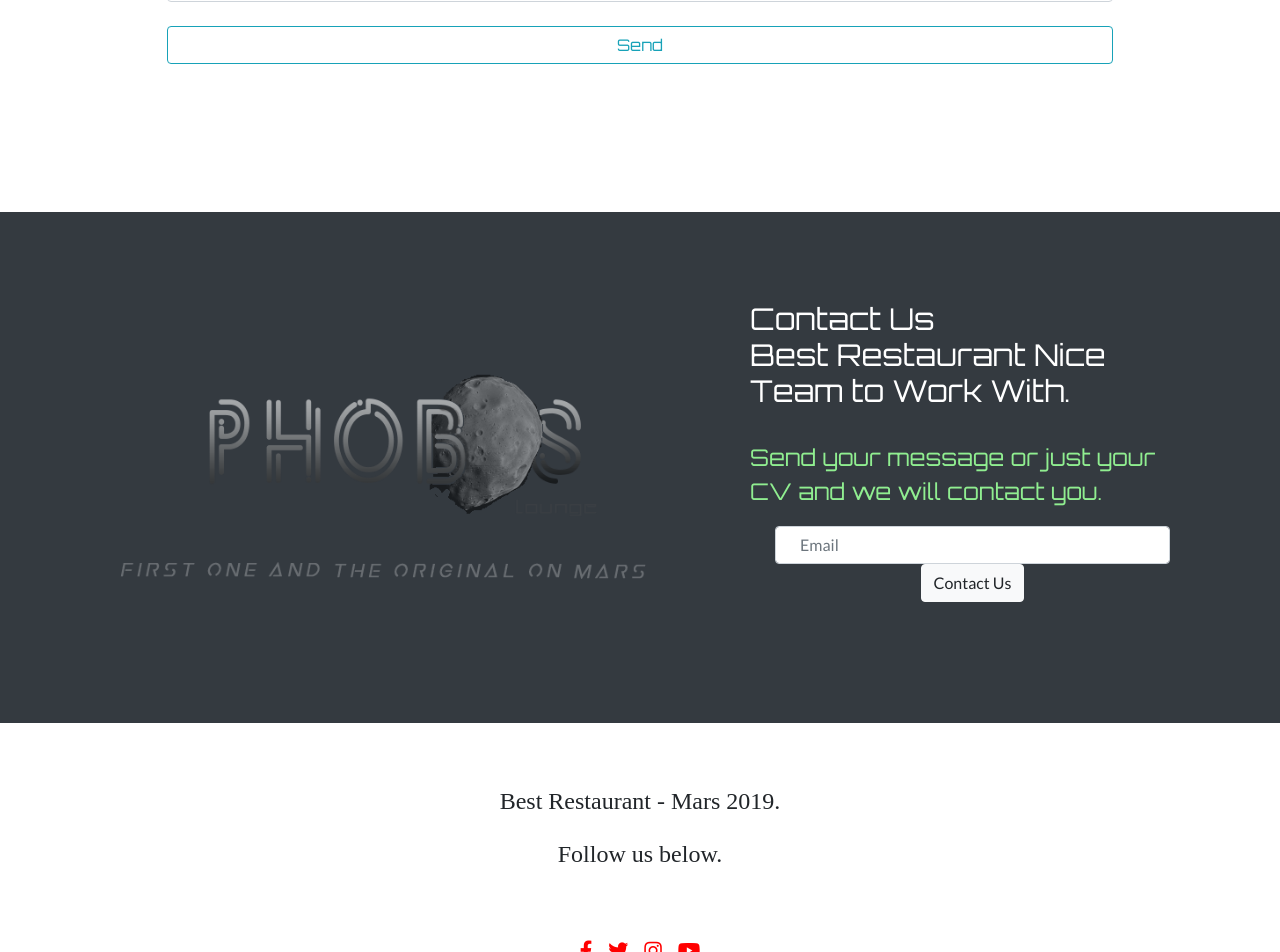
Repository: Code-Institute-Submissions/vinicald-Milestone-Project-1
Page: index2.html
The author's editor kept a record of every edit. The page is drawn from the files as they stood at one moment, then again after the next edit.
The browser window is 1280 px wide. The pictures show the part of the page from y = 2531 to 3483 px (the page is 3637 px tall).
Backgrounds fixed to the window are drawn as part of the page. Some web fonts or font styles are not loaded; a fallback is used. Some web libraries are served in a nearby version.

Above is the page before.

### index2.html
<!DOCTYPE html>
<html lang="en">

<head>
    <meta charset="UTF-8">
    <meta name="viewport" content="width=device-width, initial-scale=1.0">
    <meta http-equiv="X-UA-Compatible" content="ie=edge">
    <link rel="stylesheet" href="https://stackpath.bootstrapcdn.com/bootstrap/4.3.1/css/bootstrap.min.css" integrity="sha384-ggOyR0iXCbMQv3Xipma34MD+dH/1fQ784/j6cY/iJTQUOhcWr7x9JvoRxT2MZw1T" crossorigin="anonymous">
    <link rel="stylesheet" href="https://cdnjs.cloudflare.com/ajax/libs/font-awesome/5.9.0/css/all.css" integrity="undefined" crossorigin="anonymous" />
    <link rel="stylesheet" href="https://cdnjs.cloudflare.com/ajax/libs/hover.css/2.3.1/css/hover-min.css" integrity="sha256-c+C87jupO1otD1I5uyxV68WmSLCqtIoNlcHLXtzLCT0=" crossorigin="anonymous" />
<<<<<<< HEAD
    <link rel="stylesheet" href="assets/css/style2.css" type="text/css" />
    <title>Phobos - The Only One</title>
=======
    <link rel="stylesheet" href="style2.css" type="text/css" />
    <title>Intergalactic Restaurant - The First Gourmet Space Restaurant</title>
>>>>>>> 98cd6c9463128ede334a2221da3af95195e0f302
</head>

<body>

    <header>
        <nav class="navbar navbar-expand-lg navbar-light">
            <a href="#" class="navbar-brand ml-3">Phobos</a>
            <button class="navbar-toggler" type="button" data-toggle="collapse" data-target="#navbarMenu" arial-controls="navbarMenu" aria-expand="false" aria-label="Toggle Navigation">
                <span class="navbar-toggler-icon"></span>
            </button>
            <div class="collapse navbar-collapse"></div>
            <div class="collapse navbar-collapse" id="navbarMenu">
                <ul class="navbar-nav ml-auto">
                    <li class="nav-item active">
                        <a href="#" class="nav-link">Home</a>
                    </li>
                    <li class="nav-item">
                        <a href="#section-1" class="nav-link">About Us</a>
                    </li>
                    <li class="nav-item">
                        <a href="#" class="nav-link">Menu</a>
                    </li>
                    <li class="nav-item">
                        <a href="#" class="nav-link">Book a Table</a>
                    </li>
                    <li class="nav-item">
                        <a href="#" class="nav-link">Contact Us</a>
                    </li>
                </ul>
            </div>
        </nav>
    </header>

    <main>
        <div class="container-fluid p-0">
            <div class="site-content">
                <div class="d-flex justify-content-center">
                    <div class="d-flex flex-column">
                        <h1 class="site-title">Phobos Mars</h1>
                        <p class="site-desc">First one and The original on Mars.<br>More than 10 Awards</br>
                        </p>
                        <div class="d-flex flex-row">
                            <input type="button" value="Menu" class="btn site-btn1 px-4 py-3 mr-4 btn-light">
                        </div>
                    </div>
                </div>
            </div>
        </div>

        <div class="aboutus">
            <div class="container text-center">
                <h1 class="heading-1">About us</h1>
                <h1 class="heading-2">A different Story and Unexpected Food</h1>
                <p class="para-1">The first restaurant on Mars, since 1972.</p>
                <div class="row justify-content-center text-center">
                    <div class="col-md-4">
                        <div class="card">
                            <img src="assets/images/restaurante.jpg" alt="Image1" class="card-img-top"></img>
                            <div class="card-body">
                                <h4 class="card-title">
                                    The First One
                                </h4>
                                <p class="card-text">
                                    The Restaurant was created in 1972, after our good old friend Louis Armstrong started this business on Mars.
                                </p>
                            </div>
                        </div>
                    </div>
                    <div class="col-md-4">
                        <div class="card">
                            <img src="assets/images/couple-on-coffee-date.jpg" alt="Image2" class="card-img-top">
                            <div class="card-body">
                                <h4 class="card-title">
                                    More Than 10 Awards
                                </h4>
                                <p class="card-text">
                                    We have been nominated more than 30 times for the Alien Space Restaurant of the Galaxy and we have won more than 10 Awards.
                                </p>
                            </div>
                        </div>
                    </div>
                    <div class="col-md-4">
                        <div class="card">
                            <img src="assets/images/cheers-to-holiday-eggnog.jpg" alt="Image3" class="card-img-top">
                            <div class="card-body">
                                <h4 class="card-title">
                                    The Perfect Food
                                </h4>
                                <p class="card-text">
                                    We serve the perfect dishes to all situations, from a galaxy meeting til a quick coffee.
                                </p>
                            </div>
                        </div>
                    </div>

                </div>
            </div>
        </div>

        <div class="menu">
            <div class="container-fluid">
                <div class="d-flex justify-content-end">
                    <div class="d-flex flex-column m-4">
                        <h1 class="heading-1">Menu</h1>
                        <p class="para">Check it below</p>
                        <input type="button" value="Menu" class="btn btn-danger">
                    </div>
                </div>
            </div>
        </div>

        <div class="bookatable">
            <div class="container-fluid">
                <div class="d-flex flex-column m-4">
                    <div class="cardtable">
                        <h5 class="card-header info-color dark-text text-center py-4">
                            <strong>Book a table</strong>
                            <p>Send us a request and we will confirm to you if your table has been booked.</p>
                        </h5>
                        <div class="card-body px-lg-5 pt-0">
                            <form class="text-center" style="color: #757575;" action="#!">
                                <div class="md-form mt-3">
                                    <label for="materialContactFormName">Name</label>
                                    <input type="text" id="materialContactFormName" class="form-control">
                                </div>
                                <div class="md-form">
                                    <label for="materialContactFormEmail">E-mail</label>
                                    <input type="email" id="materialContactFormEmail" class="form-control">
                                </div>
                                <span>What time?</span>
                                <select class="mdb-select">
                                    <option value="" disabled>Choose option</option>
                                    <option value="1" selected>Morning</option>
                                    <option value="2">Afternoon</option>
                                    <option value="3">Evening</option>
                                </select>
                                <span>How many?</span>
                                <select class="mdb-select">
                                    <option value="" disabled>Choose option</option>
                                    <option value="1" selected>1</option>
                                    <option value="2">2</option>
                                    <option value="3">3</option>
                                    <option value="3">4</option>
                                    <option value="3">5+</option>
                                </select>
                                <div class="md-form">
                                    <label for="materialContactFormMessage">Let us know about any special request.</label>
                                    <textarea id="materialContactFormMessage" class="form-control md-textarea" rows="3"></textarea>
                                </div>
                                <button class="btn btn-outline-info btn-rounded btn-block z-depth-0 my-4 waves-effect" type="submit">Send</button>
                            </form>
                        </div>
                    </div>
                </div>
            </div>
        </div>


        <div class="contactus bg-dark">
            <div class="container">
                <div class="row">
                    <div class="col-md-7">
                        <img src="assets/images/logo mars.png" class="img-fluid" alt="Image7" width="590">
                    </div>
                    <div class="col-md-5">
                        <h1 class="text-white">
                            Contact Us<br> Best Restaurant Nice Team to Work With.
                        </h1>
                        <p class="para-1">Send your message or just your CV and we will contact you.</p>
                        <div class="form-inline justify-content-center">
                            <input type="text" name="Email" id="email" placeholder="Email" size="40" class="form-control px-4 py-2">
                            <input type="button" value="Contact Us" class="btn btn-danger btn-light">
                        </div>
                    </div>
                </div>
            </div>
        </div>
    </main>

    <footer>
        <div class="social text-center">
            <h4 style="margin-top: 5%">Best Restaurant - Mars 2019.</h4>
            <h4 class="my-4">Follow us below.</h4>
            <div class="social" style="margin: 5%;">
                <div class="d-flex flex-row justify-content-center">
                    <i class="fab fa-facebook-f m-2"></i>
                    <i class="fab fa-twitter m-2"></i>
                    <i class="fab fa-instagram m-2"></i>
                    <i class="fab fa-youtube m-2"></i>
                </div>
            </div>
            <hr>
            <h5 style="color: black">Phobos - Mars &copy</h5>
        </div>
    </footer>













    <script src="https://code.jquery.com/jquery-3.3.1.slim.min.js" integrity="sha384-q8i/X+965DzO0rT7abK41JStQIAqVgRVzpbzo5smXKp4YfRvH+8abtTE1Pi6jizo" crossorigin="anonymous"></script>
    <script src="https://cdnjs.cloudflare.com/ajax/libs/popper.js/1.14.7/umd/popper.min.js" integrity="sha384-UO2eT0CpHqdSJQ6hJty5KVphtPhzWj9WO1clHTMGa3JDZwrnQq4sF86dIHNDz0W1" crossorigin="anonymous"></script>
    <script src="https://stackpath.bootstrapcdn.com/bootstrap/4.3.1/js/bootstrap.min.js" integrity="sha384-JjSmVgyd0p3pXB1rRibZUAYoIIy6OrQ6VrjIEaFf/nJGzIxFDsf4x0xIM+B07jRM" crossorigin="anonymous"></script>

</body>
<<<<<<< HEAD

=======
>>>>>>> 98cd6c9463128ede334a2221da3af95195e0f302
</html>

### assets/css/style2.css
@import url('https://fonts.googleapis.com/css?family=Lexend+Deca: 100, 200, 300, 400, 500, 600, 700|Lato|Overlock+SC|Pacifico|Righteuos|Roboto|Orbitron|Exo:100, 200, 300, 400, 500, 600, 700');

body {
    padding: 0%;
    margin: 0%;
    font-family: "Lato";
}

/* Heading */

.navbar {
    background-color: #2B2A2B;
}

.navbar-brand {
    font-family: "Orbitron";
    font-size: 35px;
    color: #F0E9EE !important;
}

.nav-link {
    font-size: 16px;
    margin: 15px;
    color: black !important;
    font-family: "Orbitron";
}

.nav-link:hover {
    color: #fafafa !important;
}

.action .nav-link {
    color: #fafafa !important;
}


/* Main Container */

/*
site-content {
    background-image: url('../images/Bleach-Texture-Background-Monochromatic-Backdrop-2448282.jpg');
    background-attachment: fixed;
    background-size: cover;
}
*/

.site-content {
    background-color: #BF402A;
    background-size: cover;
}

.site-title,
.site-desc {
    color: #F0E9EE;
    font-family: "Orbitron";
}

.site-title {
    margin-top: 30%;
    margin-bottom: 6%;
    font-size: 50px;
}

.site-desc {
    font-size: 14px;
    padding-left: 15%;
}

.site-btn1 {
    background-color: #fafafa;
    font-family: "Orbitron";
}

.site-btn1 {
    margin-top: 5%;
    margin-bottom: 40%;
    margin-left: 30%;
}

/* About Us */

.aboutus .heading-1 {
    margin-top: 8%;
    font-family: "Orbitron";
}

.aboutus .heading-2 {
    margin-bottom: 5%;
    font-size: 39px;
    font-family: "Orbitron";
}

.aboutus .para-1 {
    width: 60%;
    margin-left: 20%;
    margin-bottom: 5%;
    font-family: "Orbitron";
}

.aboutus .card-text,
.para-1 {
    color: #161616;
}

.aboutus {
    margin-bottom: 8%;
}

.card {
    width: 20rem;
}

/* Menu */

.menu .container-fluid {
    background-image: url('../images/berry-cheesecake.jpg');
    background-size: cover;
    background-attachment: fixed;
}


.m-4 {
    margin: 6.5rem!important;
}

.menu .heading-1 {
    margin-top: 20%;
    margin-bottom: 4%;
    font-family: "Orbitron";
    width: 80%;
    color: #fafafa;
}

.menu .para {
    width: 100%;
    font-family: "Roboto";
    color: #fafafa;
    margin-bottom: 7%;
}

.menu .btn {
    margin-bottom: 15%;
    width: 60%;
    padding: 3% 5%;
}

/* Book a Table */

.cardtable {
    width: 20;
}

.card-header {
    font-family: "Orbitron";
}

.card-body {
    font-family: "Orbitron";
}

/* Contact Us */

.contactus {
    margin-top: 8%;
}

.contactus .row .col-md-7 .col-md-5 {
    margin-top: 10%;
    margin-bottom: 10%;
}

.contactus h1 {
    color: white;
    font-family: "Orbitron";
    font-size: 30px;
    text-decoration: none;
    margin-top: 20%;
}

.contactus .para-1 {
    color: lightgreen;
    font-family: "Orbitron";
    margin-top: 7%;
    font-size: 23px;
}

/* Social */

.social i {
    color: red;
    font-size: 20px;
}

/* Media */

@media screen and (max-width: 768px) {
    .menu .card {
        width: 14rem;
    }

    .bookatable .col-md-7 img {
        width: 350px;
    }
}

@media screen and (max-width: 320px) {
    .site-content .site-title {
        font-size: 30px;
        padding: 15%;
    }

    .site-content .site-btn1 {
        margin-left: 15%;
    }

    .aboutus .heading-1,
    section-1 .heading-2 {
        font-size: 25px;
    }

    .aboutus .col-md-4 {
        padding: 5%;
        margin-left: 8%;
    }

    .aboutus .card {
        width: 15rem;
    }

    .bookatable .col-md-5 {
        padding: 0% 15%;
    }

    footer input[type="button"] {
        margin-top: 5%;
    }
}

### style2.css
@import url('https://fonts.googleapis.com/css?family=Lexend+Deca: 100, 200, 300, 400, 500, 600, 700|Exo:100, 200, 300, 400, 500, 600, 700');

/* Colors */

.bg-color-header {
    background-color: #191919;
}

.bg-color-footer {
    background-color: #191919;
}

.testcolor {
    background-color: #fff;
}

/* Special Padding/Margin/Text */

h1,
h2,
h3,
h4 {
    margin: 0;
    font-family: "Lexend+Deca"
}

.general-text {
    font-family: "Lexend+Deca", sans-serif;
    font-weight: 200;
    color: #fafafa;

}

.general-text-footer {
    font-family: "Lexend+Deca", sans-serif;
    font-weight: 100;
    font-size: 12px;
    color: #fafafa;

}

.uppercase {
    text-transform: uppercase;
}

/* Heading */

.navbar-brand {
    height: 50px;
}

.navbar-light .navbar-nav .nav-link {
    color: white;
}

.navbar-light .navbar-nav .active>.nav-link,
.navbar-light .navbar-nav .nav-link.active,
.navbar-light .navbar-nav .nav-link.show,
.navbar-light .navbar-nav .show>.nav-link {
    color: navajowhite;
}

/* Main Container */

.main-container {
    height: 100VH;
    background: url(https://media-cdn.tripadvisor.com/media/photo-s/07/4d/ea/83/gourmet-food-parlour.jpg) no-repeat bottom right fixed;
    -webkit-background-size: cover;
    -moz-background-size: cover;
    -o-background-size: cover;
    background-size: cover;
    display: flex;
    align-items: center;
    justify-content: center;
    position: relative;

}

.jumbotron {
    background: none;
}

.jumbotron-header {
    font-size: 20px;
    text-align: center;
    font-weight: bold;
}

.jumbotron-h2 {
    font-size: 20px;
    text-align: center;
    font-weight: bold;
}

.btn--cta {
    font-weight: bold;
    border-radius: 25px;
    width: 180px;
}

.btn--red {
    margin-top: 20px;
    color: white;
    background-color: #191919;
    font-family: "Lexend+Deca", sans-serif;
}

.btn--red: hover,
.btn--red: active,
.btn--red: focus,
.btn--red: active:focus {
    background-color: #f05f40;
    border-color: #f05f40;
}

/* About Us */

.aboutus {
    width: auto;
    background: black;
    font: 2px;
    height: auto;
    position: relative;
    padding: 20px;
    font-size: 25px;
    color: #fafafa;
    opacity: 0.90;
}


.main-container2 {
    height: 100VH;
    background: url(https://www.mtlblog.com/u/2019/03/12/0a0524d386a6ce49854a592d263a820aa15ee7ef.jpg_1200x630.jpg) no-repeat bottom right fixed;
    -webkit-background-size: cover;
    -moz-background-size: cover;
    -o-background-size: cover;
    background-size: cover;
    display: flex;
    align-items: center;
    justify-content: center;
    position: relative;

}

/* Footer */

.navbar-light {}

After the next edit:
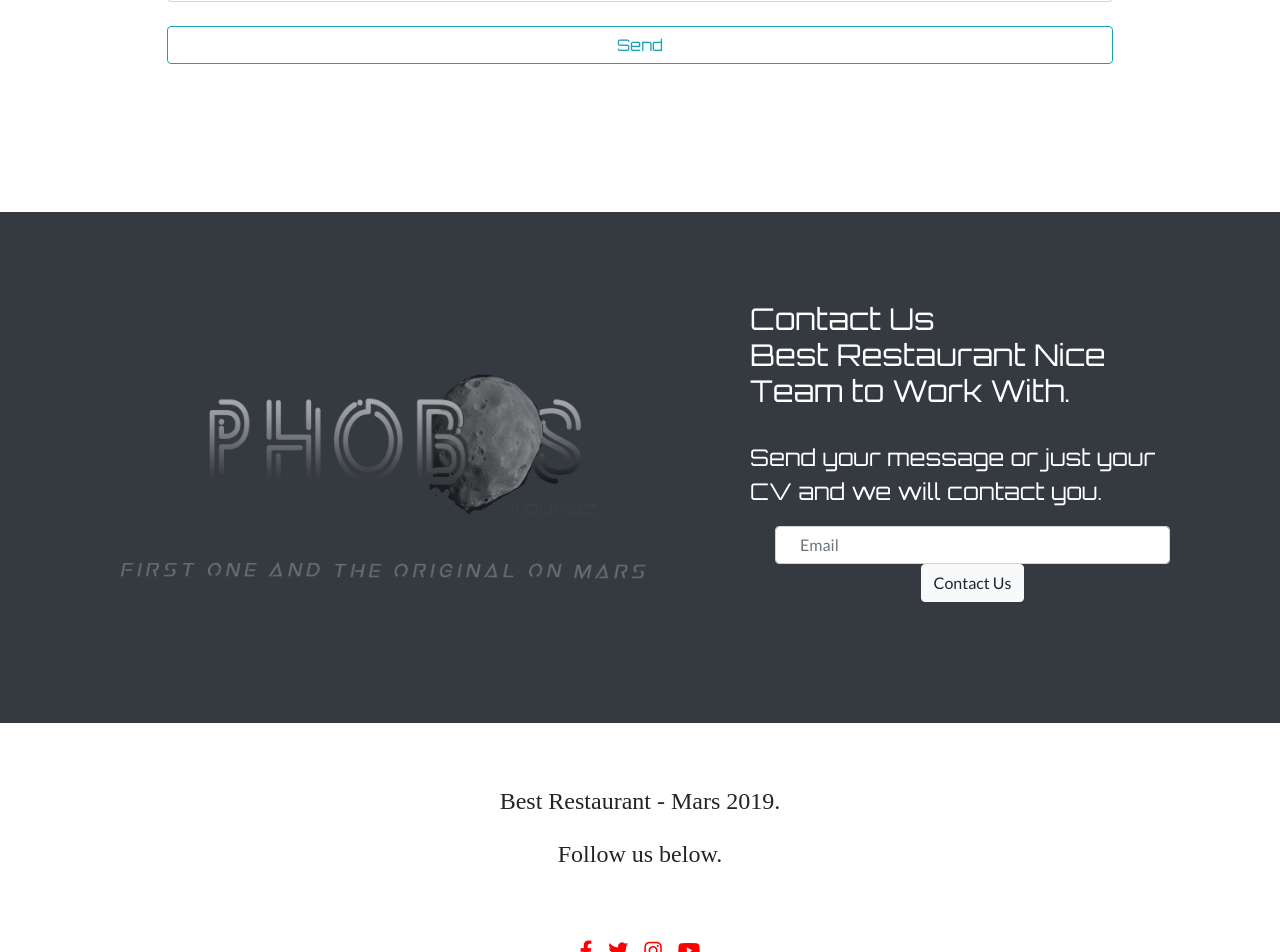
The edit:
--- a/assets/css/style2.css
+++ b/assets/css/style2.css
@@ -178,7 +178,7 @@
 }
 
 .contactus .para-1 {
-    color: lightgreen;
+    color: white;
     font-family: "Orbitron";
     margin-top: 7%;
     font-size: 23px;
